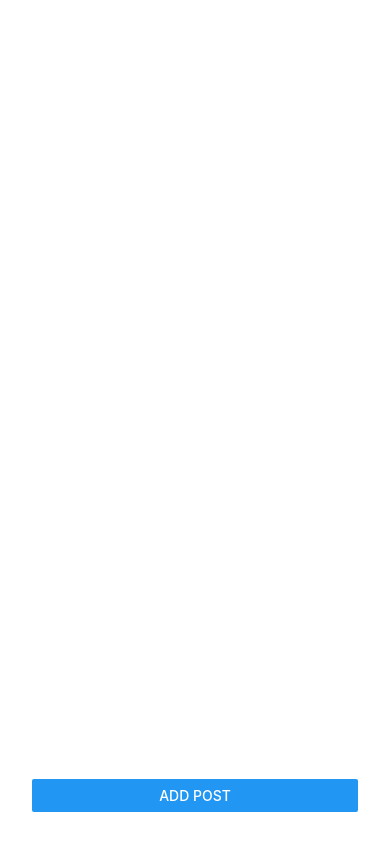
Repository: ntu34543/React-Native
Screen: / (app in demo/)
The author's editor kept a copy of each file at every save. The screen is drawn from the files as they stood at one save, then again after the next save.
The page's requests for data from a server got no answer. The app was drawn by React Native's web renderer in a window 390 px wide. The project was rebuilt for these pictures with package versions that can differ from the ones it lists, and the page was loaded fresh each time. No one was signed in, and anything a server would have sent is missing.

Above is the screen before, as saved 2022-09-13 11:43:39.

After the next save:
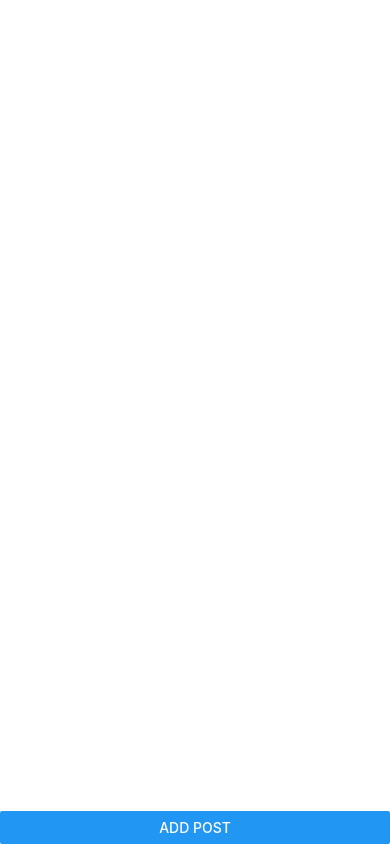
Saved 14 s later.
--- a/demo/App.js
+++ b/demo/App.js
@@ -83,8 +83,8 @@ const styles = StyleSheet.create({
     flex: 1,
     backgroundColor: "#fff",
     justifyContent: "center",
-    padding: 16,
-    margin: 16,
+    // padding: 16,
+    // margin: 16,
   },
   showItem: {
     borderWidth: 1,
